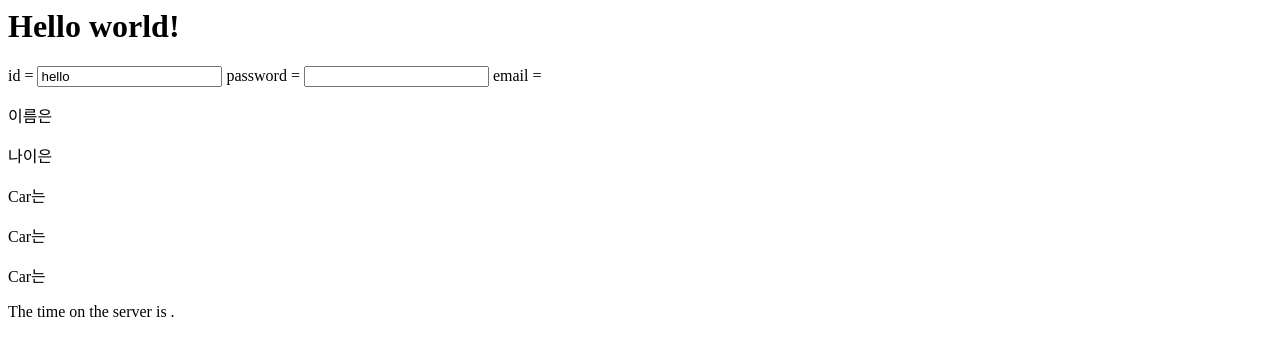
Repository: leessol/spring1
Page: http://localhost/springMVCProject/WEB-INF/views/home.jsp
An editor plug-in stored every save of this project. The page is shown before and after the next save, followed by the edit.
The browser window is 1280 px wide. The pictures show the whole page.
The page is served by Tomcat 9. Nobody is signed in. The template is opened directly, without the code that normally fills it, so the values that code supplies are empty.

Above is the page before, as saved 2023-05-04 02:36:23.

After the next save:
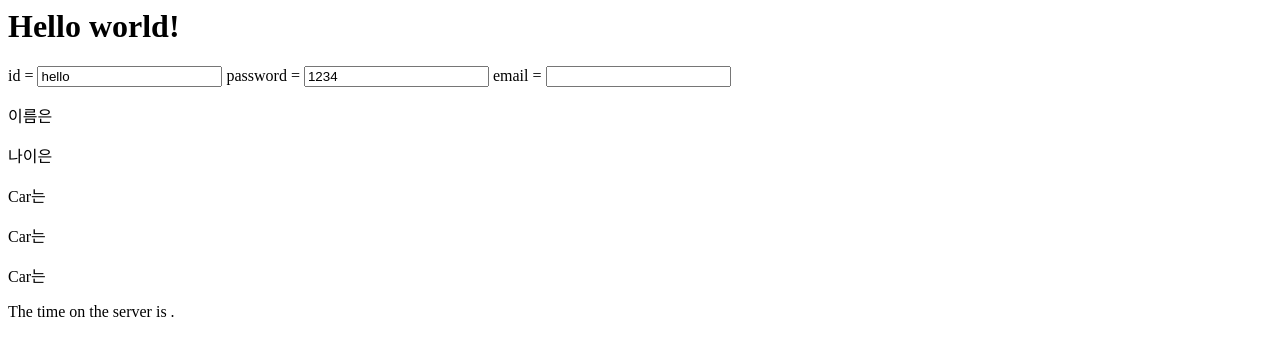
Saved 16 s later.
--- a/springMVCProject/src/main/webapp/WEB-INF/views/home.jsp
+++ b/springMVCProject/src/main/webapp/WEB-INF/views/home.jsp
@@ -13,8 +13,8 @@
 
 <form>
 	id = <input type="text" name="userid" value="hello">
-	password = <input type="text" name="userid">
-	email =
+	password = <input type="text" name="userpass" value="1234">
+	email = <input type="text" name="email">
 
 </form>
 
